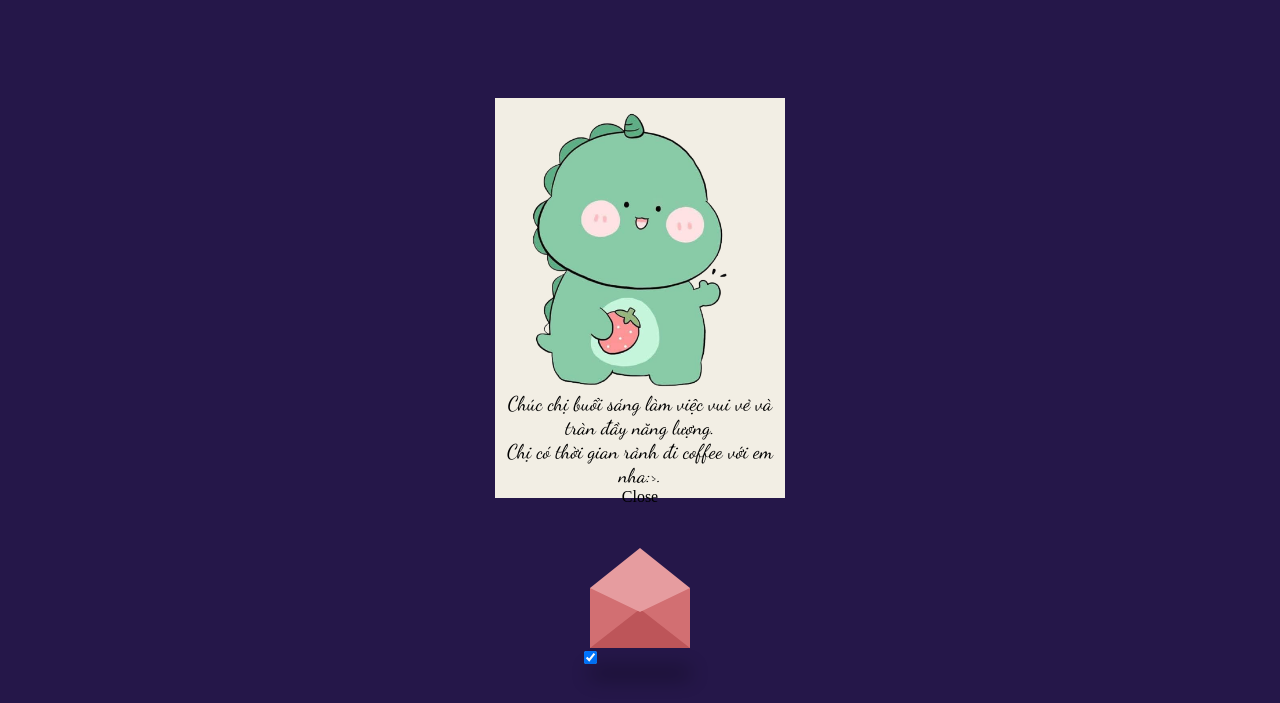
Repository: Dangtrinh28/letter
Page: index.html
An editor plug-in stored every save of this project. The page is shown before and after a run of saves, followed by the edit.
The browser window is 1280 px wide. The pictures show the whole page.
The first `input` is checked.

Above is the page before, as saved 2022-12-15 23:57:42.

### index.html
<!DOCTYPE html>
<html lang="en">
<head>
    <meta charset="UTF-8">
    <meta http-equiv="X-UA-Compatible" content="IE=edge">
    <meta name="viewport" content="width=device-width, initial-scale=1.0">
    <title>Good Morning</title>
    <link rel="stylesheet" href="./main.css">
</head>
<body>
    <div class="message">
        <div class="box">
            <input type="checkbox" name="" id="message">
            <div class="content">
                <img src="./khunglong.png"  class="img" alt="">
                <div class="desc">Chúc chị buổi sáng làm việc vui vẻ và tràn đầy năng lượng. <br> Chị có thời gian rảnh đi coffee với em nha:>.
                </div>
                <label for="message">Close</label>
            </div>
            <label for="message" class="design-Box"></label>
        </div>
    </div>
</body>
</html>

### main.css
@import url('https://fonts.googleapis.com/css2?family=Dancing+Script:wght@400;500&family=Roboto:wght@300;400;500;700&display=swap');
body {
    overflow: hidden;
    background-color: #251749;
}

.box {
    position: absolute;
    top: 90%;
    left: 50%;
    transform: translate(-50%,-50%);
    width: 100px;
}

.box::before {
    position: absolute;
    content: "";
    background-color: #e69c9f;
    width: 100px;
    height: 100px;
    bottom: 0;
    left: 0;
    clip-path: polygon(0 40%, 50% 0, 100% 40%, 100% 100%, 0 100%);
}

.box::after {
    position: absolute;
    width: 100px;
    background-color: #000;
    content: "";
    height: 10px;
    bottom: -30px;
    opacity: 0.4;
    filter: blur(10px);
}

.content {
    position: absolute;
    background: #f2eee4;
    width: 90%;
    left: 50%;
    bottom: 0;
    transform: translate(-50%, -10px);
    height: 80px;
    transition: 0.5s;
}

.design-Box {
    position: absolute;
    bottom: 0;
    left: 0;
    width: 100%;
    height: 60px;
    background-color: #d26f72;
    display: block;
    clip-path: polygon(50% 40%, 100% 0, 100% 100%, 0 100%, 0 0);
}

.design-Box::after {
    position: absolute;
    bottom: 0;
    left: 0;
    width: 100%;
    height: 65%;
    background-color: #bd5559;
    content: "";
    clip-path: polygon(0 100%, 50% 0%, 100% 100%);
}
.box:hover .content{
    cursor: pointer;
    transform: translate(-50%, -30px);
}

input {
    position: absolute;
    left: -10px;
}

input:checked ~ .content {
    bottom: 150px;
    width: 290px;
    height: 400px;
    margin: 0;
    left: 50%;
    transform: translate(-50%);
    display: block;
}

.img {
    width: 100%;
    text-align: center;
    object-fit: contain;
}

.desc {
    width: 100%;
    text-align: center;
    font-size: 20px;
    font-family: 'Dancing Script', cursive;
    font-weight: 400;
}

.content label {
    width: 100%;
    text-align: center;
    display: block;
}

After the next 2 saves:
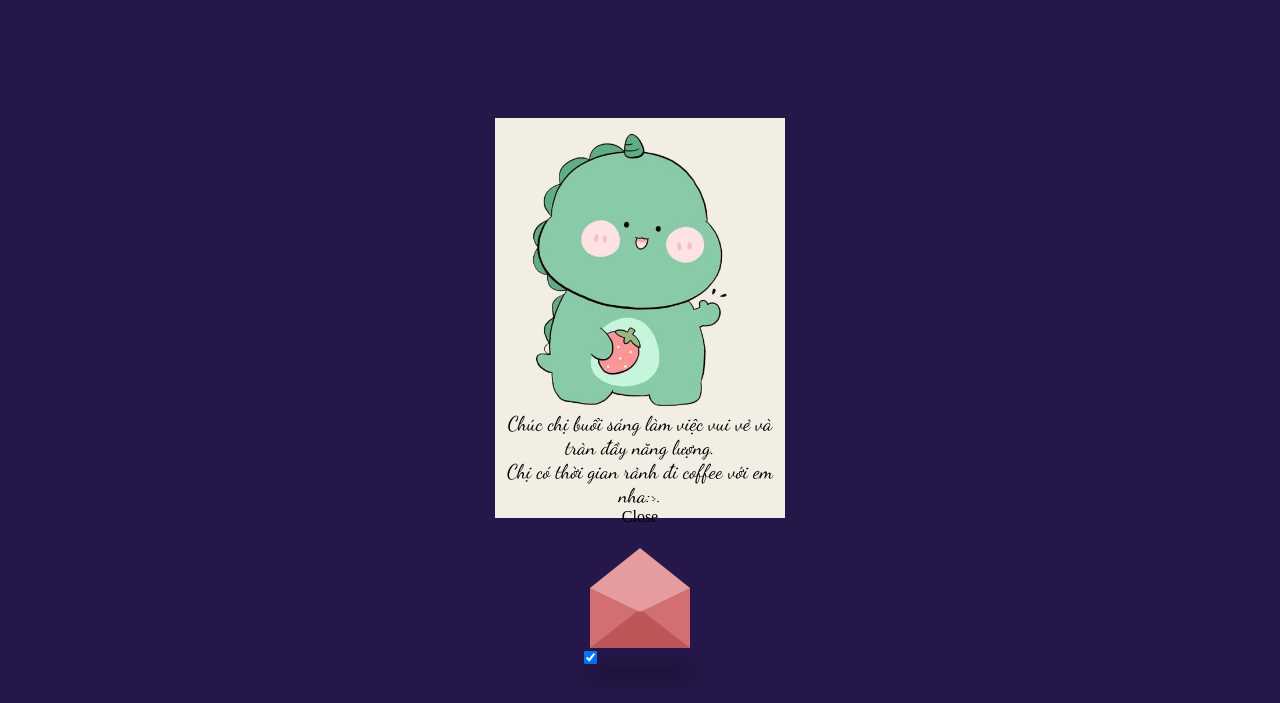
The 2 saves are shown as one change because they came seconds apart.
The last was saved 61 s later.
--- a/main.css
+++ b/main.css
@@ -77,7 +77,7 @@ input {
 }
 
 input:checked ~ .content {
-    bottom: 150px;
+    bottom: 130px;
     width: 290px;
     height: 400px;
     margin: 0;
